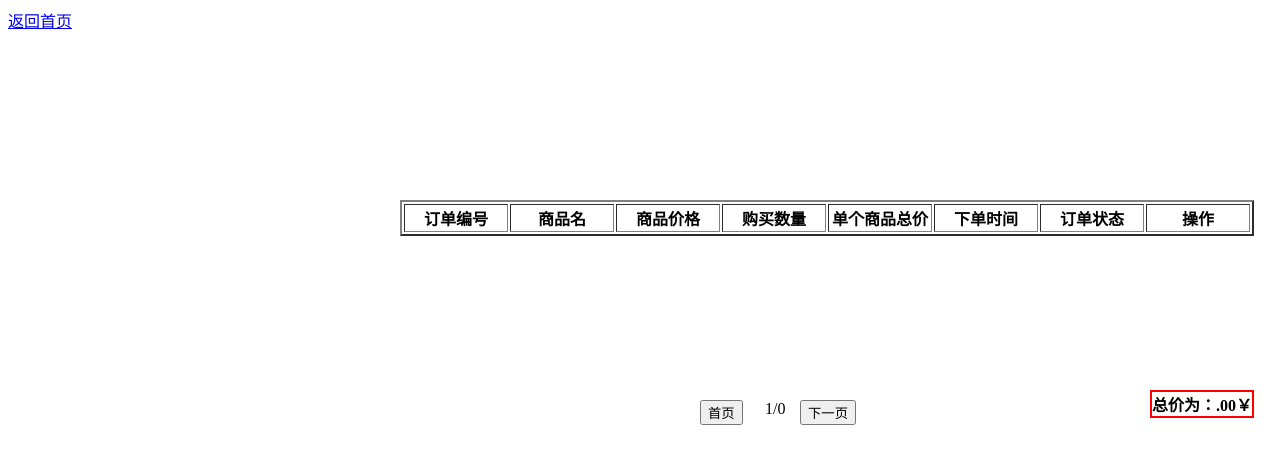
Repository: Gale-student/Gale-student.github.io
Page: http://localhost/weshop/OrdersDetailUnpaidQueryServlet
The author's editor kept a copy of each file at every save. The page is drawn from the files as they stood at one save, then again after the next save.
The browser window is 1280 px wide. The pictures show the whole page.
The page is served by Tomcat 9. Other server files are loaded and not shown. Queries for data that is not in the repository find no rows.

Above is the page before, as saved 2022-10-05 13:15:09.

### WeShop/weshop/WebRoot/WEB-INF/jsp/OrdersUnpaidQueryOfUser.jsp
<%@ page language="java" import="java.util.*,com.company.entity.*" pageEncoding="utf-8"%>
<%
String path = request.getContextPath();
String basePath = request.getScheme()+"://"+request.getServerName()+":"+request.getServerPort()+path+"/";
%>

<!DOCTYPE HTML PUBLIC "-//W3C//DTD HTML 4.01 Transitional//EN">
<html>
  <head>
    <base href="<%=basePath%>">

    <title>My JSP 'OrdersUnpaidQueryOfUser.jsp' starting page</title>

	<meta http-equiv="pragma" content="no-cache">
	<meta http-equiv="cache-control" content="no-cache">
	<meta http-equiv="expires" content="0">
	<meta http-equiv="keywords" content="keyword1,keyword2,keyword3">
	<meta http-equiv="description" content="This is my page">
	<!--
	<link rel="stylesheet" type="text/css" href="styles.css">
	-->
  <%
      List<OrdersDetail> ordersDetailList = (List<OrdersDetail>)request.getAttribute("ordersDetailList");

      int currentPage = (Integer) session.getAttribute("currentPage");
      int allPage = (Integer) session.getAttribute("allPage");

      String upPage = "上一页";
      String downPage = "下一页";
      if(currentPage == 1){
         upPage = "首页";
      }
      if(currentPage == allPage){
         downPage = "尾页";
      }

      String totalPrice = (String) request.getAttribute("totalPrice");
      if(totalPrice == null){
         totalPrice = "";
      }
   %>
    <style type="text/css">
     th{
        width: 100px;
     }
     td{
        width: 100px;
     }
   </style>
  </head>

  <body>
   <a href="ShoppingHomePage.jsp">返回首页</a>
    <table style="position: absolute; left: 400px; top: 200px; text-align: center;" border="2" cellspacing="2">
       <tr>
          <th>订单编号</th>
          <th>商品名</th>
          <th>商品价格</th>
          <th>购买数量</th>
          <th>单个商品总价</th>
          <th>下单时间</th>
          <th>订单状态</th>
          <th>操作</th>
       </tr>
       <%for(int i = 0; i < ordersDetailList.size(); i ++){ %>
       <tr>
          <td><%=ordersDetailList.get(i).getOid() %></td>
          <td><%=ordersDetailList.get(i).getSname() %></td>
          <td><%=ordersDetailList.get(i).getSprice() %>.00￥</td>
          <td><%=ordersDetailList.get(i).getQuantity() %>.0</td>
          <td><%=ordersDetailList.get(i).getShopPrice() %>.00￥</td>
          <td><%=ordersDetailList.get(i).getDate() %></td>
          <td><%=ordersDetailList.get(i).getStatus() %></td>
          <td>
             <form action="OrdersCancelOfUserServlet" method="post">
                <input style="position: absolute; visibility: hidden;" type="text" value=<%=ordersDetailList.get(i).getOid() %> name="oid">
                <input type="submit" value="取消订单">
             </form>
          </td>
       </tr>
       <%} %>
    </table>
    <div style="position: absolute; left: 700px; top: 400px;">
    <form action="OrdersDetailUnpaidUpPageServlet" method="post">
       <input type="submit" value=<%=upPage %>>
    </form>
    <label style="position: absolute; top: 0px; left: 65px;"><%=currentPage + "/" + allPage %></label>
    <form style="position: absolute; top: 0px; left: 100px;" action="OrdersDetailUnpaidDownPageServlet" method="post">
       <input type="submit" value=<%=downPage %>>
    </form>

    </div>
    <label style="position: absolute; left: 1150px; top: 390px;border: 2px solid red; font-weight: bolder;">总价为：<%=totalPrice %>.00￥</label>
  </body>
</html>

### WeShop/weshop/src/com/company/controller/OrdersDetailUnpaidQueryServlet.java
package com.company.controller;

import java.io.IOException;
import java.io.PrintWriter;
import java.util.List;

import javax.servlet.ServletException;
import javax.servlet.http.HttpServlet;
import javax.servlet.http.HttpServletRequest;
import javax.servlet.http.HttpServletResponse;
import javax.servlet.http.HttpSession;

import com.company.entity.OrdersDetail;
import com.company.service.OrdersService;
import com.company.service.OrdersServiceImpl;

public class OrdersDetailUnpaidQueryServlet extends HttpServlet {

	/**
	 * The doGet method of the servlet. <br>
	 *
	 * This method is called when a form has its tag value method equals to get.
	 *
	 * @param request the request send by the client to the server
	 * @param response the response send by the server to the client
	 * @throws ServletException if an error occurred
	 * @throws IOException if an error occurred
	 */
	public void doGet(HttpServletRequest request, HttpServletResponse response)
			throws ServletException, IOException {

		doPost(request, response);
	}

	/**
	 * The doPost method of the servlet. <br>
	 *
	 * This method is called when a form has its tag value method equals to post.
	 *
	 * @param request the request send by the client to the server
	 * @param response the response send by the server to the client
	 * @throws ServletException if an error occurred
	 * @throws IOException if an error occurred
	 */
	public void doPost(HttpServletRequest request, HttpServletResponse response)
			throws ServletException, IOException {

		HttpSession hs = request.getSession();
		String uid = (String)hs.getAttribute("uid");
		OrdersService ordersService = new OrdersServiceImpl();
		try {
			List<OrdersDetail> ordersDetailList = ordersService.queryOrdersDetailUnpaid(uid, 0);
			int allRows = ordersService.OrdersDetailUnpaidAllRows(uid);
			int allPage = allRows / 3;
			if(allRows % 3 != 0){
				allPage ++;
			}
			String totalPrice = ordersService.queryTotalPriceOfUserUnpaidOrders(uid);
			request.setAttribute("totalPrice", totalPrice);
			hs.setAttribute("allPage", allPage);
			hs.setAttribute("currentPage", 1);
			request.setAttribute("ordersDetailList", ordersDetailList);
			request.getRequestDispatcher("WEB-INF/jsp/OrdersUnpaidQueryOfUser.jsp").forward(request, response);
		} catch (Exception e) {
			// TODO Auto-generated catch block
			e.printStackTrace();
		}

	}

}

### WeShop/weshop/src/com/company/service/OrdersServiceImpl.java
package com.company.service;

import java.util.List;

import com.company.dao.OrdersDao;
import com.company.dao.OrdersDaoImpl;
import com.company.entity.Orders;
import com.company.entity.OrdersDetail;

public class OrdersServiceImpl implements OrdersService {
	private OrdersDao ordersDao = new OrdersDaoImpl();

    //获取订单表总行数
	public int OrdersAllRows() throws Exception {
		int ordersAllRows = ordersDao.OrdersAllRows();
		return ordersAllRows;
	}

    //添加订单(购买 下单 默认未支付状态)
	public void addOrders(String uid, String sid, String quantity)
			throws Exception {
		ordersDao.insertOrders(uid, sid, quantity);
	}

    //取消订单
	public void cancelOrders(String oid) throws Exception {
		ordersDao.deleteOrders(oid);
	}

    //订单表分页
	public List<Orders> ordersPagingQuery(int page) throws Exception {
		List<Orders> ordersList = ordersDao.ordersPaging(page * 3, 3);
		return ordersList;
	}

    //根据订单编号查订单
	public List<Orders> queryOrdersByOid(String oid) throws Exception {
		List<Orders> ordersList = ordersDao.selectOrdersByOid(oid);
		return ordersList;
	}

    //查看未支付订单
	public List<Orders> queryOrdersByStatusUnpaid() throws Exception {
		List<Orders> ordersList = ordersDao.selectOrdersByStatusUnpaid();
		return ordersList;
	}

	//通过用户ID查订单
	public List<Orders> queryOrdersByUid(String uid) throws Exception {
		List<Orders> ordersList = ordersDao.selectOrdersByUid(uid);
		return ordersList;
	}

	//修改商品数量
	public void modifyQuantity(String sid, String quantity) throws Exception {
		ordersDao.updateQuantity(sid, quantity);
	}

	//查找所有订单
	public List<Orders> queryAllOrders() throws Exception {
		List<Orders> ordersList = ordersDao.selectAllOrders();
		return ordersList;
	}

	//查看用户所有订单详情
	public List<OrdersDetail> selectOrdersDetail(String uid, int page) throws Exception {
		List<OrdersDetail> ordersDetailList = ordersDao.selectOrdersDetail(uid, page * 3, 3);
		return ordersDetailList;
	}

	//获取用户订单表总行数
	public int OrdersDetailAllRows(String uid) throws Exception {
		int ordersDetailAllRows = ordersDao.OrdersDetailAllRows(uid);
		return ordersDetailAllRows;
	}

	//获取用户未支付订单总行数
	public int OrdersDetailUnpaidAllRows(String uid) throws Exception {
		int ordersDetailUnpaidAllRows = ordersDao.OrdersDetailUnpaidAllRows(uid);
		return ordersDetailUnpaidAllRows;
	}

	//查看用户未支付订单详情
	public List<OrdersDetail> queryOrdersDetailUnpaid(String uid, int page) throws Exception {
		List<OrdersDetail> ordersDetaiUnpaidlList = ordersDao.selectOrdersDetailUnpaid(uid, page * 3, 3);
		return ordersDetaiUnpaidlList;
	}

	//
	public String queryTotalPriceOfUserUnpaidOrders(String uid)
			throws Exception {
		String totalPrice = ordersDao.selectTotalPriceOfUserUnpaidOrders(uid);
		return totalPrice;
	}


}

### WeShop/weshop/src/com/company/dao/OrdersDao.java
package com.company.dao;

import java.util.List;

import com.company.entity.Orders;
import com.company.entity.OrdersDetail;

public interface OrdersDao {
	//删除订单(取消订单)
	public void deleteOrders(String oid) throws Exception;
	//订单表分页
	public List<Orders> ordersPaging(int offset, int count) throws Exception;
	//获取订单表总行数
	public int OrdersAllRows() throws Exception;
	//根据订单号查找订单
	public List<Orders> selectOrdersByOid(String oid) throws Exception;
	//查看未支付订单
	public List<Orders> selectOrdersByStatusUnpaid() throws Exception;
	//用户下单(添加订单)
	public void insertOrders(String uid, String sid, String quantity) throws Exception;
	//根据用户ID查订单
	public List<Orders> selectOrdersByUid(String uid) throws Exception;
	//更新订单中商品数量
	public void updateQuantity(String sid, String quantity) throws Exception;
	//查寻所有订单
	public List<Orders> selectAllOrders() throws Exception;
	//订单详情表分页(用户)
	public List<OrdersDetail> selectOrdersDetail(String uid, int offset, int count) throws Exception;
	//获取用户订单表总行数
	public int OrdersDetailAllRows(String uid) throws Exception;
	//用户未支付订单分页查询
	public List<OrdersDetail> selectOrdersDetailUnpaid(String uid, int offset, int count) throws Exception;
	//获取用户未支付订单表总行数
	public int OrdersDetailUnpaidAllRows(String uid) throws Exception;
	//获取所有未支付订单的总价
	public String selectTotalPriceOfUserUnpaidOrders(String uid) throws Exception;
}

### WeShop/weshop/src/com/company/dao/OrdersDaoImpl.java
package com.company.dao;

import java.sql.Connection;
import java.sql.Date;
import java.sql.DriverManager;
import java.sql.PreparedStatement;
import java.sql.ResultSet;
import java.text.DateFormat;
import java.util.ArrayList;
import java.util.List;

import com.company.entity.Orders;
import com.company.entity.OrdersDetail;
import com.company.entity.User;

public class OrdersDaoImpl implements OrdersDao {
	private String url = "jdbc:mysql://localhost:3306/test?characterEncoding=utf-8";
    private String username = "root";
    private String password = "root";

    //获取订单表总行数(管理员)
	public int OrdersAllRows() throws Exception {
		Class.forName("com.mysql.jdbc.Driver");
		Connection conn = DriverManager.getConnection(url, username, password);
		String sql = " select count(*) as rows from orders ";
		PreparedStatement ps = conn.prepareStatement(sql);
		ResultSet rs = ps.executeQuery();
		rs.next();
		int rows = rs.getInt("rows");
		return rows;
	}

    //删除订单(管理员)
	public void deleteOrders(String oid) throws Exception {
		Class.forName("com.mysql.jdbc.Driver");
		Connection conn = DriverManager.getConnection(url, username, password);
		String sql = " delete from orders where oid = ? ";
		PreparedStatement ps = conn.prepareStatement(sql);
		ps.setString(1, oid);
		ps.execute();
		conn.close();

	}

    //订单表分页(管理员)
	public List<Orders> ordersPaging(int offset, int count) throws Exception {
		Class.forName("com.mysql.jdbc.Driver");
		Connection conn = DriverManager.getConnection(url, username, password);
		String sql = " select * from orders limit ?, ? ";
		PreparedStatement ps = conn.prepareStatement(sql);
		ps.setInt(1, offset);
		ps.setInt(2, count);
		ResultSet rs = ps.executeQuery();
		List<Orders> ordersList = new ArrayList<Orders>();
		while(rs.next()){
			String oid = rs.getString("oid");
			String uid = rs.getString("uid");
			String sid = rs.getString("sid");
			String quantity = rs.getString("quantity");
			String date = rs.getString("date");
			String status = rs.getString("status");
			Orders orders = new Orders();
			orders.setOid(oid);
			orders.setUid(uid);
			orders.setSid(sid);
			orders.setQuantity(quantity);
			orders.setDate(date);
			orders.setStatus(status);
            ordersList.add(orders);
		}
		return ordersList;
	}

    //根据订单号查找订单(管理员)
	public List<Orders> selectOrdersByOid(String oid) throws Exception {
		Class.forName("com.mysql.jdbc.Driver");
		Connection conn = DriverManager.getConnection(url, username, password);
		String sql = " select * from orders where oid = ? ";
		PreparedStatement ps = conn.prepareStatement(sql);
		ps.setString(1, oid);
		ResultSet rs = ps.executeQuery();
		List<Orders> ordersList = new ArrayList<Orders>();
		while(rs.next()){
			String uid = rs.getString("uid");
			String sid = rs.getString("sid");
			String quantity = rs.getString("quantity");
			String date = rs.getString("date");
			String status = rs.getString("status");
			Orders orders = new Orders();
			orders.setOid(oid);
			orders.setUid(uid);
			orders.setSid(sid);
			orders.setQuantity(quantity);
			orders.setDate(date);
			orders.setStatus(status);
			ordersList.add(orders);
		}
		return ordersList;
	}

    //查看未支付订单(管理员)
	public List<Orders> selectOrdersByStatusUnpaid() throws Exception {
		Class.forName("com.mysql.jdbc.Driver");
		Connection conn = DriverManager.getConnection(url, username, password);
		String sql = " select * from orders where status = '0' ";
		PreparedStatement ps = conn.prepareStatement(sql);
		ResultSet rs = ps.executeQuery();
		List<Orders> ordersList = new ArrayList<Orders>();
		while(rs.next()){
			String oid = rs.getString("oid");
			String uid = rs.getString("uid");
			String sid = rs.getString("sid");
			String quantity = rs.getString("quantity");
			String date = rs.getString("date");
			String status = rs.getString("status");
			Orders orders = new Orders();
			orders.setOid(oid);
			orders.setUid(uid);
			orders.setSid(sid);
			orders.setQuantity(quantity);
			orders.setDate(date);
			orders.setStatus(status);
			ordersList.add(orders);
		}
		return ordersList;
	}

	//添加订单(用户购买)
	public void insertOrders(String uid, String sid, String quantity) throws Exception {
		Class.forName("com.mysql.jdbc.Driver");
		Connection conn = DriverManager.getConnection(url, username, password);

		System.currentTimeMillis();
		String oid = "" + System.currentTimeMillis();
		String sql = " insert into orders values ( ?, ?, ?, ?, now(), 0 ) ";
		PreparedStatement ps = conn.prepareStatement(sql);
		ps.setString(1, oid);
		ps.setString(2, uid);
		ps.setString(3, sid);
		ps.setString(4, quantity);
		ps.execute();
		conn.close();

	}

	//根据用户ID查询订单(管理员)
	public List<Orders> selectOrdersByUid(String uid) throws Exception {
		Class.forName("com.mysql.jdbc.Driver");
		Connection conn = DriverManager.getConnection(url, username, password);
		String sql = " select * from orders where uid = ? ";
		PreparedStatement ps = conn.prepareStatement(sql);
		ps.setString(1, uid);
		ResultSet rs = ps.executeQuery();
		List<Orders> ordersList = new ArrayList<Orders>();
		while(rs.next()){
			String oid = rs.getString("oid");
			String sid = rs.getString("sid");
			String quantity = rs.getString("quantity");
			String date = rs.getString("date");
			String status = rs.getString("status");
			Orders orders = new Orders();
			orders.setOid(oid);
			orders.setUid(uid);
			orders.setSid(sid);
			orders.setQuantity(quantity);
			orders.setDate(date);
			orders.setStatus(status);
			ordersList.add(orders);
		}
		return ordersList;
	}

	//更新订单中商品数量(用户 添加相同商品)
	public void updateQuantity(String sid, String quantity) throws Exception {
		Class.forName("com.mysql.jdbc.Driver");
		Connection conn = DriverManager.getConnection(url, username, password);
		String sql = " update orders set quantity = quantity + ? where sid = ? and status = 0 ";
		PreparedStatement ps = conn.prepareStatement(sql);
		ps.setString(1, quantity);
		ps.setString(2, sid);
		ps.execute();
		conn.close();
	}

	//查询所有订单(管理员)
	public List<Orders> selectAllOrders() throws Exception {
		Class.forName("com.mysql.jdbc.Driver");
		Connection conn = DriverManager.getConnection(url, username, password);
		String sql = " select * from orders ";
		PreparedStatement ps = conn.prepareStatement(sql);
		ResultSet rs = ps.executeQuery();
		List<Orders> ordersList = new ArrayList<Orders>();
		while(rs.next()){
			String oid = rs.getString("oid");
			String uid = rs.getString("uid");
			String sid = rs.getString("sid");
			String quantity = rs.getString("quantity");
			String date = rs.getString("date");
			String status = rs.getString("status");
			Orders orders = new Orders();
			orders.setOid(oid);
			orders.setUid(uid);
			orders.setSid(sid);
			orders.setQuantity(quantity);
			orders.setDate(date);
			orders.setStatus(status);
			ordersList.add(orders);
		}
		return ordersList;
	}

	//用户订单详情表分页
	public List<OrdersDetail> selectOrdersDetail(String uid, int offset, int count) throws Exception {
		Class.forName("com.mysql.jdbc.Driver");
		Connection conn = DriverManager.getConnection(url, username, password);
		String sql = " select o.oid, o.uid, s.sname, s.sprice, o.quantity,  " +
				"(o.quantity * s.sprice) as shopPrice, o.date, o.status from orders " +
				"o inner join shop s where s.sid = o.sid and o.uid = ? limit ?, ? ";
		PreparedStatement ps = conn.prepareStatement(sql);
		ps.setString(1, uid);
		ps.setInt(2, offset);
		ps.setInt(3, count);
		ResultSet rs = ps.executeQuery();
		List<OrdersDetail> ordersDetailList = new ArrayList<OrdersDetail>();
		while(rs.next()){
			String oid = rs.getString("oid");
			String sname = rs.getString("sname");
			String sprice = rs.getString("sprice");
			String quantity = rs.getString("quantity");
			String shopPrice = rs.getString("shopPrice");
			String date = rs.getString("date");
			String status = rs.getString("status");
			OrdersDetail ordersDetail = new OrdersDetail();
			ordersDetail.setOid(oid);
			ordersDetail.setUid(uid);
			ordersDetail.setSname(sname);
			ordersDetail.setSprice(sprice);
			ordersDetail.setQuantity(quantity);
			ordersDetail.setShopPrice(shopPrice);
			ordersDetail.setDate(date);
			ordersDetail.setStatus(status);
			ordersDetailList.add(ordersDetail);
		}
		return ordersDetailList;
	}

	//获取用户订单详情表总行数
	public int OrdersDetailAllRows(String uid) throws Exception {
		Class.forName("com.mysql.jdbc.Driver");
		Connection conn = DriverManager.getConnection(url, username, password);
		String sql = " select count(*) as rows from orders where uid = ? ";
		PreparedStatement ps = conn.prepareStatement(sql);
		ps.setString(1, uid);
		ResultSet rs = ps.executeQuery();
		rs.next();
		int rows = rs.getInt("rows");
		conn.close();
		return rows;
	}

	//获取用户未支付订单总行数
	public int OrdersDetailUnpaidAllRows(String uid) throws Exception {
		Class.forName("com.mysql.jdbc.Driver");
		Connection conn = DriverManager.getConnection(url, username, password);
		String sql = " select count(*) as rows from orders where uid = ? and status = 0 ";
		PreparedStatement ps = conn.prepareStatement(sql);
		ps.setString(1, uid);
		ResultSet rs = ps.executeQuery();
		rs.next();
		int rows = rs.getInt("rows");
		conn.close();
		return rows;
	}

	//查询用户未支付订单
	public List<OrdersDetail> selectOrdersDetailUnpaid(String uid, int offset,
			int count) throws Exception {
		Class.forName("com.mysql.jdbc.Driver");
		Connection conn = DriverManager.getConnection(url, username, password);
		String sql = " select o.oid, o.uid, s.sname, s.sprice, o.quantity,  " +
				"(o.quantity * s.sprice) as shopPrice, o.date, o.status from orders " +
				"o inner join shop s where s.sid = o.sid and o.uid = ? and o.status = 0 limit ?, ? ";
		PreparedStatement ps = conn.prepareStatement(sql);
		ps.setString(1, uid);
		ps.setInt(2, offset);
		ps.setInt(3, count);
		ResultSet rs = ps.executeQuery();
		List<OrdersDetail> ordersDetailList = new ArrayList<OrdersDetail>();
		while(rs.next()){
			String oid = rs.getString("oid");
			String sname = rs.getString("sname");
			String sprice = rs.getString("sprice");
			String quantity = rs.getString("quantity");
			String shopPrice = rs.getString("shopPrice");
			String date = rs.getString("date");
			String status = rs.getString("status");
			OrdersDetail ordersDetail = new OrdersDetail();
			ordersDetail.setOid(oid);
			ordersDetail.setUid(uid);
			ordersDetail.setSname(sname);
			ordersDetail.setSprice(sprice);
			ordersDetail.setQuantity(quantity);
			ordersDetail.setShopPrice(shopPrice);
			ordersDetail.setDate(date);
			ordersDetail.setStatus(status);
			ordersDetailList.add(ordersDetail);
		}
		return ordersDetailList;
	}

	//获取用户未支付订单的总价
	public String selectTotalPriceOfUserUnpaidOrders(String uid)
			throws Exception {
		Class.forName("com.mysql.jdbc.Driver");
		Connection conn = DriverManager.getConnection(url, username, password);
		String sql = " select sum(o.quantity * s.sprice) as totalPrice from orders o inner join shop s where uid = ? and status = 0 ";
		PreparedStatement ps = conn.prepareStatement(sql);
		ps.setString(1, uid);
		ResultSet rs = ps.executeQuery();
		rs.next();
		String totalPrice = rs.getString("totalPrice");
		return totalPrice;
	}

}

After the next save:
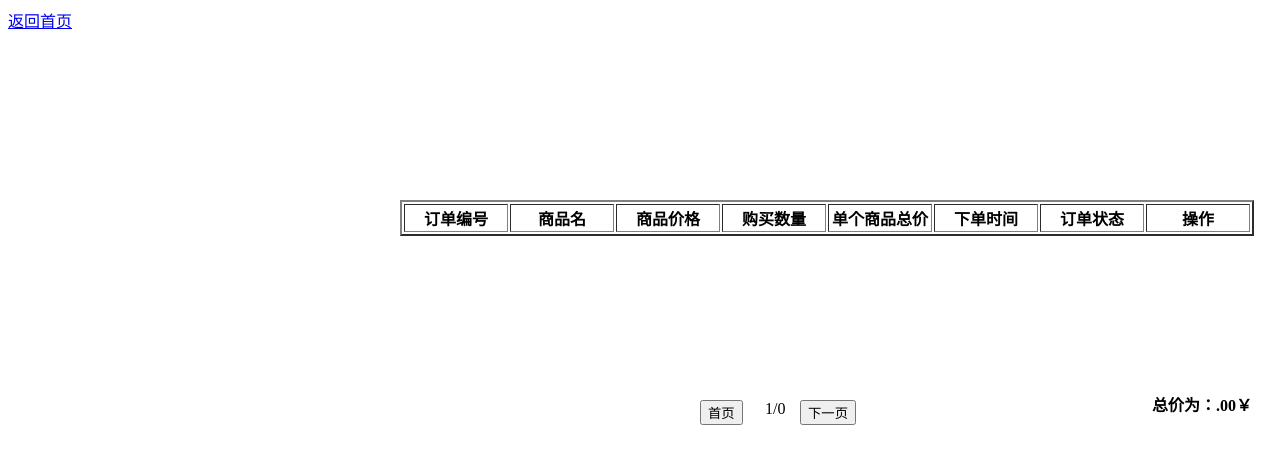
Saved 13 s later.
--- a/WeShop/weshop/WebRoot/WEB-INF/jsp/OrdersUnpaidQueryOfUser.jsp
+++ b/WeShop/weshop/WebRoot/WEB-INF/jsp/OrdersUnpaidQueryOfUser.jsp
@@ -90,6 +90,6 @@ String basePath = request.getScheme()+"://"+request.getServerName()+":"+request.
     </form>
 
     </div>
-    <label style="position: absolute; left: 1150px; top: 390px;border: 2px solid red; font-weight: bolder;">总价为：<%=totalPrice %>.00￥</label>
+    <label style="position: absolute; left: 1150px; top: 390px;border: 2px solid white; font-weight: bolder;">总价为：<%=totalPrice %>.00￥</label>
   </body>
 </html>
